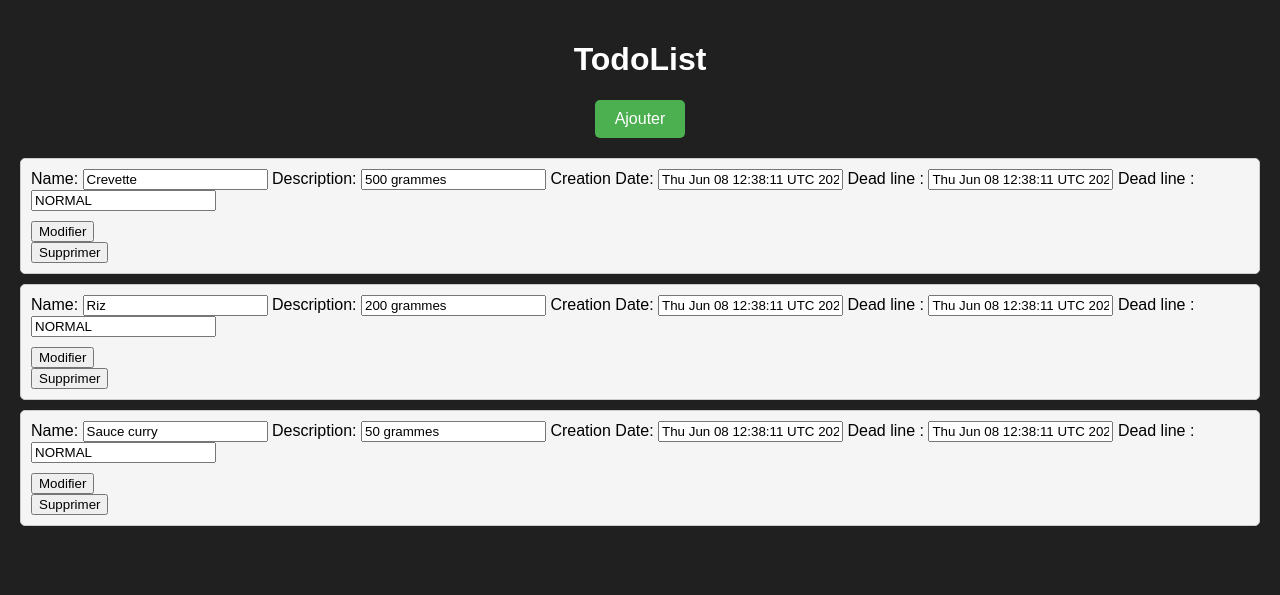
Repository: HugoGit-Hub/TodoList
Page: http://localhost/todo-list/TodoList
An editor plug-in stored every save of this project. The page is shown before and after the next save, followed by the edit.
The browser window is 1280 px wide. The pictures show the whole page.
The page is served by Tomcat 9. Other server files are loaded and not shown.

Above is the page before, as saved 2023-06-08 17:14:27.

### todo-list/src/main/webapp/jsp/todoList.jsp
<%@page import="java.util.ArrayList"%>
<%@page import="java.util.List"%>
<%@page import="fr.keyce.todo_list.model.Todo"%>
<%@page import="java.util.Map"%>
<%@taglib prefix="c" uri="http://java.sun.com/jsp/jstl/core"%>
<%@ page language="java" contentType="text/html; charset=UTF-8"
    pageEncoding="UTF-8"%>
<!DOCTYPE html>
<html>
	<head>
		<meta charset="UTF-8">
		<title>TodoList</title>
		<link href="../css/style.css" rel="stylesheet" type="text/css">
	</head>
	<body>
		<div>
			<h1>TodoList</h1>

			<div class="add-button">
				<c:url var="todoCreateUrl" value="/TodoCreate"/>
				<a href="${todoCreateUrl}">Ajouter</a>
			</div>

			<c:forEach items="${getAllTodo}" var="todo">
				<div class="todo-list">
    				<div class="todo-item">
						<form method="post" action="http://localhost:8080/todo-list/TodoList">
							<input type="text" id="id" name="id" value="${todo.getId()}" hidden="true">

							<label for="name">Name:</label>
							<input type="text" id="name" name="name" value="${todo.getName()}">

					 		<label for="description">Description:</label>
							<input type="text" id="description" name="description" value="${todo.getDescription()}">

							<label for="creationDate">Creation Date:</label>
							<input type="text" id="creationDate" name="creationDate" value="${todo.getCreationDate()}">

							<label for="deadLine">Dead line :</label>
							<input type="text" id="deadLine" name="deadLine" value="${todo.getDeadLine()}">

							<label for="priority">Dead line :</label>
							<input type="text" id="priority" name="priority" value="${todo.getPriority()}">
					 		<div class="buttons">
								<input type="submit" name="action" value="Modifier">
							</div>
						</form>

					 	<form method="post" action="http://localhost:8080/todo-list/TodoList">
							<input type="hidden" name="id" value="${todo.getId()}">
							<input type="submit" name="action" value="Supprimer">
						</form>
					</div>
				</div>
			</c:forEach>
		</div>
	</body>
	<style>
    body {
      font-family: Arial, sans-serif;
      margin: 0;
      padding: 20px;
      background-color: #202020;
    }

    h1 {
      text-align: center;
      color: white;
    }

    .todo-item {
      margin-bottom: 10px;
      padding: 10px;
      border: 1px solid #ccc;
      border-radius: 5px;
      background-color: #f5f5f5;
    }

    .todo-item h2 {
      margin-top: 0;
    }

    .todo-item p {
      margin: 0;
    }

    .todo-item .buttons {
      margin-top: 10px;
    }

    .todo-item .buttons button {
      margin-right: 5px;
    }

    .add-button {
      text-align: center;
      margin-bottom: 20px;
    }

    .add-button a {
      display: inline-block;
      padding: 10px 20px;
      background-color: #4CAF50;
      color: #fff;
      text-decoration: none;
      border-radius: 5px;
    }
  </style>
</html>

### todo-list/src/main/java/fr/keyce/todo_list/controllers/TodoListServlet.java
package fr.keyce.todo_list.controllers;

import java.io.IOException;
import java.text.ParseException;
import java.text.SimpleDateFormat;
import java.util.Date;
import java.util.List;

import javax.servlet.RequestDispatcher;
import javax.servlet.ServletException;
import javax.servlet.annotation.WebServlet;
import javax.servlet.http.HttpServlet;
import javax.servlet.http.HttpServletRequest;
import javax.servlet.http.HttpServletResponse;

import fr.keyce.todo_list.model.Priority;
import fr.keyce.todo_list.model.Todo;
import fr.keyce.todo_list.services.TodoService;
import fr.keyce.todo_list.services.Impl.TodoServiceImpl;

@WebServlet(name = "TodoListServlet", urlPatterns = "/TodoList")
public class TodoListServlet extends HttpServlet {
	private static final long serialVersionUID = 1L;

	private TodoService todoService = TodoServiceImpl.getInstance();

	protected void doGet(HttpServletRequest request, HttpServletResponse response) throws ServletException, IOException {
		System.out.println(request.getRequestURI() + " > forward vers /jsp/todoList.jsp");
		List<Todo> todos = this.todoService.findAll();
		RequestDispatcher requestDispatcher = request.getRequestDispatcher("/jsp/todoList.jsp");
		request.setAttribute("getAllTodo", todos);

		requestDispatcher.forward(request, response);
	}

	protected void doPost(HttpServletRequest request, HttpServletResponse response) throws ServletException, IOException {
		String id = request.getParameter("id");
		String action = request.getParameter("action");

		switch (action) {
			case "Supprimer": {
				todoService.delete(Integer.parseInt(id));
				response.sendRedirect("http://localhost:8080/todo-list/TodoList");
				break;
			}
			case "Modifier":{
				Todo update = new Todo();

				String idTodo = request.getParameter("id");
				update.setId(Integer.parseInt(idTodo));

				String name = request.getParameter("name");
				update.setName(name);

				String description = request.getParameter("description");
				update.setDescription(description);

				String creationDate = request.getParameter("creationDate");
				try {
					Date convertDate = new SimpleDateFormat("dd/MM/yyyy").parse(creationDate);
					update.setCreationDate(convertDate);
				} catch (ParseException e) {
					e.printStackTrace();
				}

				String deadLine = request.getParameter("deadLine");
				try {
					Date convertDate = new SimpleDateFormat("dd/MM/yyyy").parse(deadLine);
					update.setDeadLine(convertDate);
				} catch (ParseException e) {
					e.printStackTrace();
				}

				String priority = request.getParameter("priority");
				switch (priority) {
					case "LOW": {
						update.setPriority(Priority.LOW);
					}
					case "NORMAL": {
						update.setPriority(Priority.NORMAL);
					}
					case "HIGH": {
						update.setPriority(Priority.HIGH);
					}
				}
				todoService.update(update);
				response.sendRedirect("http://localhost:8080/todo-list/TodoList");
				break;
			}
			default:
				throw new IllegalArgumentException("Unexpected value: ");
		}
	}
}

### todo-list/src/main/java/fr/keyce/todo_list/services/Impl/TodoServiceImpl.java
package fr.keyce.todo_list.services.Impl;

import java.util.List;

import fr.keyce.todo_list.dao.TodoDao;
import fr.keyce.todo_list.dao.db.TodoDaoDb;
import fr.keyce.todo_list.model.Todo;
import fr.keyce.todo_list.services.TodoService;

public class TodoServiceImpl implements TodoService {

	private final static TodoServiceImpl INSTANCE = new TodoServiceImpl();

	private TodoServiceImpl() {};

	public static TodoServiceImpl getInstance() {
		return INSTANCE;
	}

	private TodoDao todoDao = TodoDaoDb.getInstance();

	@Override
	public List<Todo> findAll() {
		return this.todoDao.findAll();
	}

	@Override
	public void delete(Integer id) {
		this.todoDao.delete(id);
	}

	@Override
	public Todo update(Todo todo) {
		return this.todoDao.update(todo);
	}

	@Override
	public Todo create(Todo todo) {
		return this.todoDao.create(todo);
	}

}

### todo-list/src/main/java/fr/keyce/todo_list/dao/TodoDao.java
package fr.keyce.todo_list.dao;

import java.util.List;

import fr.keyce.todo_list.model.Todo;

public interface TodoDao {
	public List<Todo> findAll();
	public void delete(Integer id);
	public Todo update(Todo todo);
	public Todo create(Todo todo);
}

### todo-list/src/main/java/fr/keyce/todo_list/dao/db/TodoDaoDb.java
package fr.keyce.todo_list.dao.db;

import java.util.List;

import fr.keyce.todo_list.dao.TodoDao;
import fr.keyce.todo_list.db.Database;
import fr.keyce.todo_list.model.Todo;

public class TodoDaoDb implements TodoDao {

	private final static TodoDaoDb INSTANCE = new TodoDaoDb();

	private TodoDaoDb() {};

	public static TodoDaoDb getInstance() {
		return INSTANCE;
	}

	private Database database = Database.getInstance();

	@Override
	public List<Todo> findAll() {
		return this.database.selectAll();
	}

	@Override
	public void delete(Integer id) {
		this.database.delete(id);
	}

	@Override
	public Todo update(Todo todo) {
		return this.database.update(todo);
	}

	@Override
	public Todo create(Todo todo) {
		return this.database.create(todo);
	}
}

### todo-list/src/main/java/fr/keyce/todo_list/db/Database.java
package fr.keyce.todo_list.db;

import java.util.ArrayList;
import java.util.Date;
import java.util.List;
import java.util.Map;
import java.util.TreeMap;

import fr.keyce.todo_list.model.Priority;
import fr.keyce.todo_list.model.Todo;

public class Database {

	private final static Database INSTANCE = new Database();

	private Map<Integer, Todo> map;

	private Database() {
		this.map = new TreeMap<Integer, Todo>();
		Todo todoCrevette = Todo.create(1, "Crevette", "500 grammes", new Date(), new Date(), Priority.NORMAL);
		this.map.put(todoCrevette.getId(), todoCrevette);
		Todo todoRiz = Todo.create(2, "Riz", "200 grammes", new Date(), new Date(), Priority.NORMAL);
		this.map.put(todoRiz.getId(), todoRiz);
		Todo todoSauceCurry = Todo.create(3, "Sauce curry", "50 grammes", new Date(), new Date(), Priority.NORMAL);
		this.map.put(todoSauceCurry.getId(), todoSauceCurry);
	}

	public static Database getInstance() {
		return INSTANCE;
	}

	public List<Todo> selectAll(){
		var value = this.map.values();
		return new ArrayList<>(value);
	}

	public void delete(Integer id) {
		map.remove(id);
	}

	public Todo update(Todo todo) {
		return map.put(todo.getId(), todo);
	}

	public Todo create(Todo todo) {
		Integer id = map.size() + 1;
		return map.put(id, todo);
	}
}

### todo-list/src/main/java/fr/keyce/todo_list/model/Priority.java
package fr.keyce.todo_list.model;

public enum Priority {

	LOW, NORMAL, HIGH

}

### todo-list/src/main/java/fr/keyce/todo_list/model/Todo.java
package fr.keyce.todo_list.model;

import java.util.Date;

public class Todo {

	private Integer id;

	private String name;

	private String description;

	private Date creationDate;

	private Date deadLine;

	private Priority priority;

	public Todo() {}

	public Integer getId() {
		return id;
	}

	public void setId(Integer id) {
		this.id = id;
	}

	public String getName() {
		return name;
	}

	public void setName(String name) {
		this.name = name;
	}

	public String getDescription() {
		return description;
	}

	public void setDescription(String description) {
		this.description = description;
	}

	public Date getCreationDate() {
		return creationDate;
	}

	public void setCreationDate(Date creationDate) {
		this.creationDate = creationDate;
	}

	public Date getDeadLine() {
		return deadLine;
	}

	public void setDeadLine(Date deadLine) {
		this.deadLine = deadLine;
	}

	public Priority getPriority() {
		return priority;
	}

	public void setPriority(Priority priority) {
		this.priority = priority;
	}

	public final static Todo create(Integer id, String name, String description, Date creationDate, Date deadLine, Priority priority) {
		Todo todo = new Todo();
		todo.id = id;
		todo.name = name;
		todo.description = description;
		todo.creationDate = creationDate;
		todo.deadLine = deadLine;
		todo.priority = priority;
		return todo;
	}
}

### todo-list/src/main/webapp/css/style.css
@charset "UTF-8";

    body {
      font-family: Arial, sans-serif;
      margin: 0;
      padding: 20px;
      background-color: #202020;
    }

    h1 {
      text-align: center;
      color: white;
    }

    .todo-item {
      margin-bottom: 10px;
      padding: 10px;
      border: 1px solid #ccc;
      border-radius: 5px;
      background-color: #f5f5f5;
    }

    .todo-item h2 {
      margin-top: 0;
    }

    .todo-item p {
      margin: 0;
    }

    .todo-item .buttons {
      margin-top: 10px;
    }

    .todo-item .buttons button {
      margin-right: 5px;
    }

    .add-button {
      text-align: center;
      margin-bottom: 20px;
    }

    .add-button a {
      display: inline-block;
      padding: 10px 20px;
      background-color: #4CAF50;
      color: #fff;
      text-decoration: none;
      border-radius: 5px;
    }

After the next save:
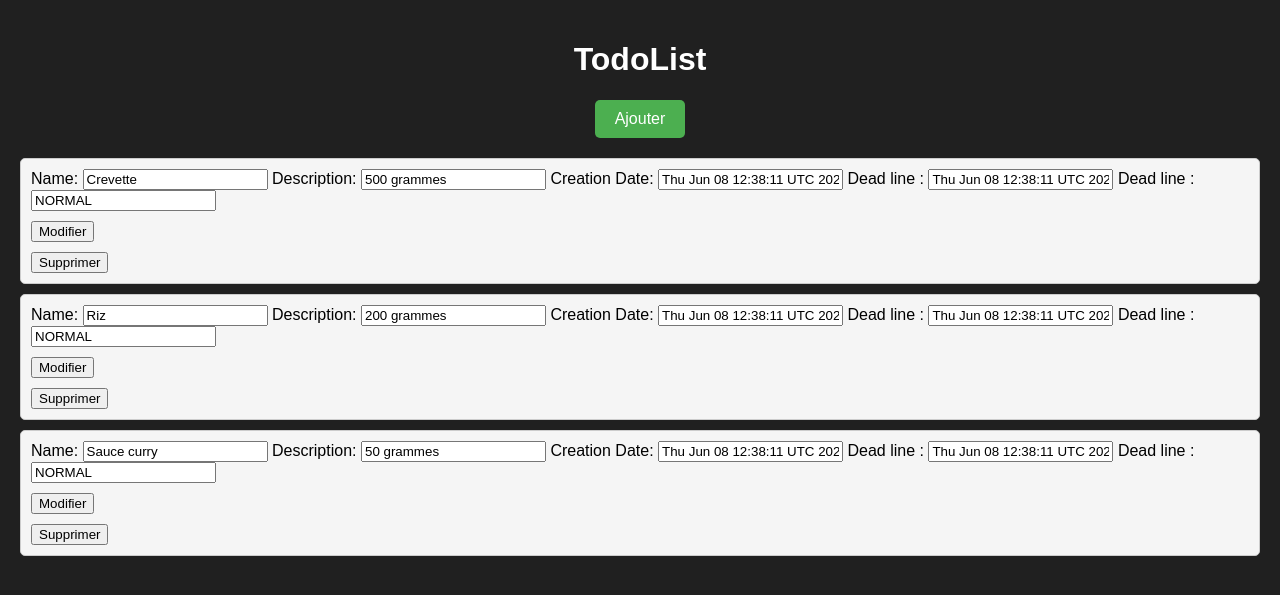
Saved 21 s later.
--- a/todo-list/src/main/webapp/jsp/todoList.jsp
+++ b/todo-list/src/main/webapp/jsp/todoList.jsp
@@ -48,7 +48,9 @@
 
 					 	<form method="post" action="http://localhost:8080/todo-list/TodoList">
 							<input type="hidden" name="id" value="${todo.getId()}">
-							<input type="submit" name="action" value="Supprimer">
+							<div class="buttons">
+								<input type="submit" name="action" value="Supprimer">
+							</div>
 						</form>
 					</div>
 				</div>
